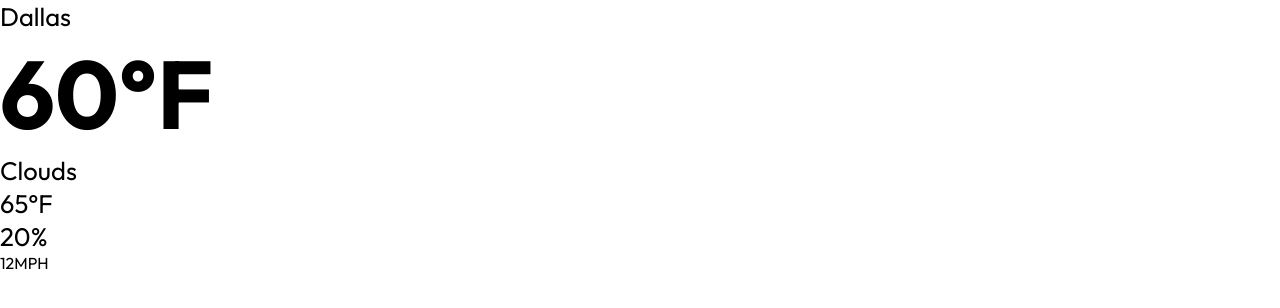
Repository: stavan30/weather-react
Page: /
The author's editor kept a copy of each file at every save. The page is drawn from the files as they stood at one save, then again after the next save.
The browser window is 1280 px wide. The pictures show the whole page.
The project was rebuilt for these pictures with package versions that can differ from the ones it lists, and the page was loaded fresh each time.

Above is the page before, as saved 2024-02-06 00:15:32.

### src/index.css
@import url('https://fonts.googleapis.com/css2?family=Outfit:wght@100;200;300;400;500;600;700&family=Poppins:ital,wght@0,100;0,200;0,300;0,400;0,500;0,600;0,700;0,800;0,900;1,100;1,200;1,300;1,400;1,500;1,600;1,700;1,800;1,900&display=swap');

* {
  box-sizing: border-box;
  margin: 0;
  padding: 0;
}

body {
  font-family: 'Outfit', 'Segoe UI', 'Roboto', 'Oxygen',
    'Ubuntu', 'Cantarell', 'Fira Sans', 'Droid Sans', 'Helvetica Neue',
    sans-serif;
  -webkit-font-smoothing: antialiased;
  -moz-osx-font-smoothing: grayscale;
}

p {
  font-size: 1.6rem;
}

h1 {
  font-size: 6rem;
}

### src/App.js
import React, {useState} from "react";
import axios from "axios";

function App() {

  //const url = `https://api.openweathermap.org/data/2.5/weather?q=dallas&appid=5a1232a3639c7a443e7df182fff23304`

  return (
    <div className="app">
      <div className="container"></div>
        <div className="top">
          <div className="location">
            <p>Dallas</p>
          </div>
          <div className="temp">
            <h1>60°F</h1>
          </div>
          <div className="description">
            <p>Clouds</p>
          </div>
        </div>
        <div className="bottom">
          <div className="feels">
            <p>65°F</p>
          </div>
          <div className="humidity">
            <p>20%</p>
          </div>
          <div className="wind">
            12MPH
          </div>
        </div>
    </div>
  );
}

export default App;

Loaded but not shown: public/index.html (common file); src/index.js (common file)

After the next save:
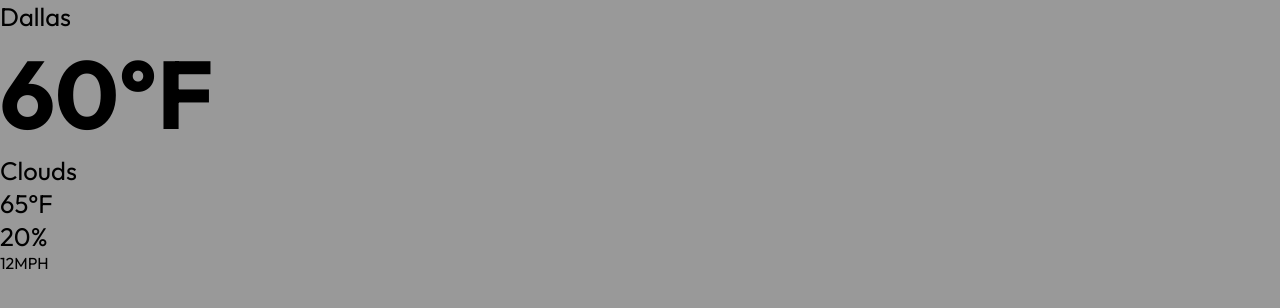
Saved 2 min 23 s later.
--- a/src/index.css
+++ b/src/index.css
@@ -21,3 +21,10 @@ p {
 h1 {
   font-size: 6rem;
 }
+
+.app {
+  width: 100%;
+  height: 100vh;
+  position: relative;
+  background-color: rgba(0, 0, 0, 0.4);
+}
